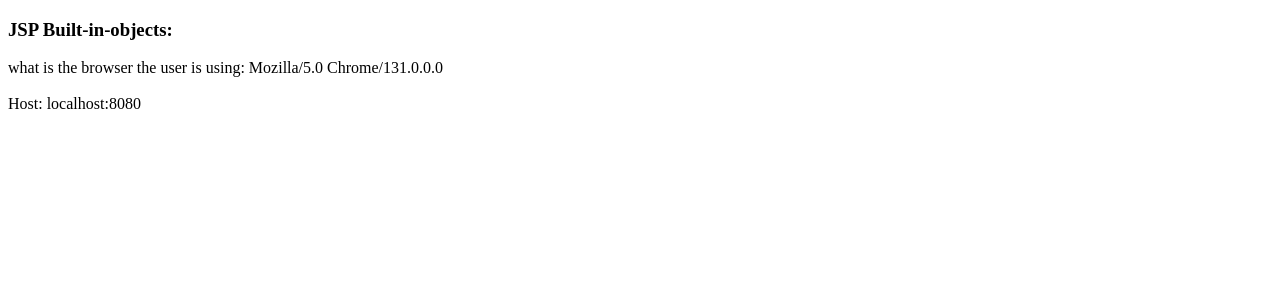
Repository: keerthana-777/01-helloworld
Page: http://localhost/01-helloworld/builtin-test.jsp
The author's editor kept a copy of each file at every save. The page is drawn from the files as they stood at one save, then again after the next save.
The browser window is 1280 px wide. The pictures show the whole page.
The page is served by Tomcat 9. Other server files are loaded and not shown.

Above is the page before, as saved 2022-04-13 14:35:05.

### eclipse-workspace/01-helloworld/src/main/webapp/builtin-test.jsp
<%@ page language="java" contentType="text/html; charset=ISO-8859-1"
    pageEncoding="ISO-8859-1"%>
<!DOCTYPE html>
<html>
<head>
<meta charset="ISO-8859-1">
<title>Insert title here</title>
</head>
<body>
  <h3>JSP Built-in-objects:</h3>

  what is the browser the user is using: <%= request.getHeader("user-Agent") %>
   <br/> <br/>
  Host: <%= request.getHeader("Host") %>
</body>
</html>

After the next save:
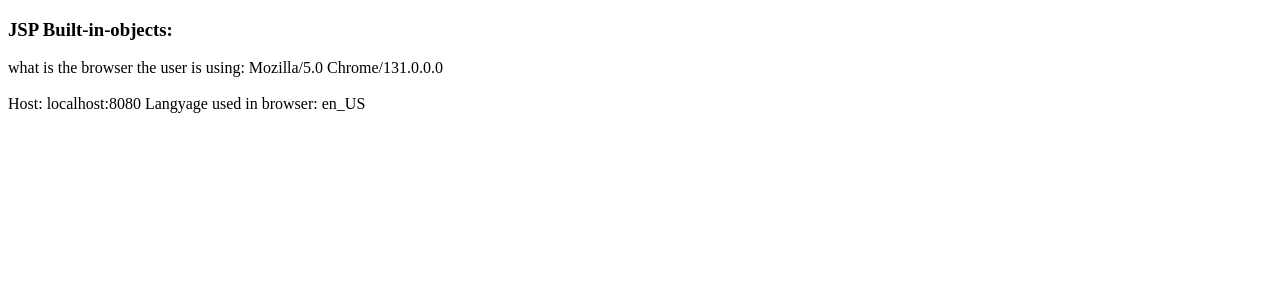
Saved 55 s later.
--- a/eclipse-workspace/01-helloworld/src/main/webapp/builtin-test.jsp
+++ b/eclipse-workspace/01-helloworld/src/main/webapp/builtin-test.jsp
@@ -12,5 +12,6 @@
   what is the browser the user is using: <%= request.getHeader("user-Agent") %>
    <br/> <br/>
   Host: <%= request.getHeader("Host") %>
+  Langyage used in browser: <%= request.getLocale() %>
 </body>
 </html>
